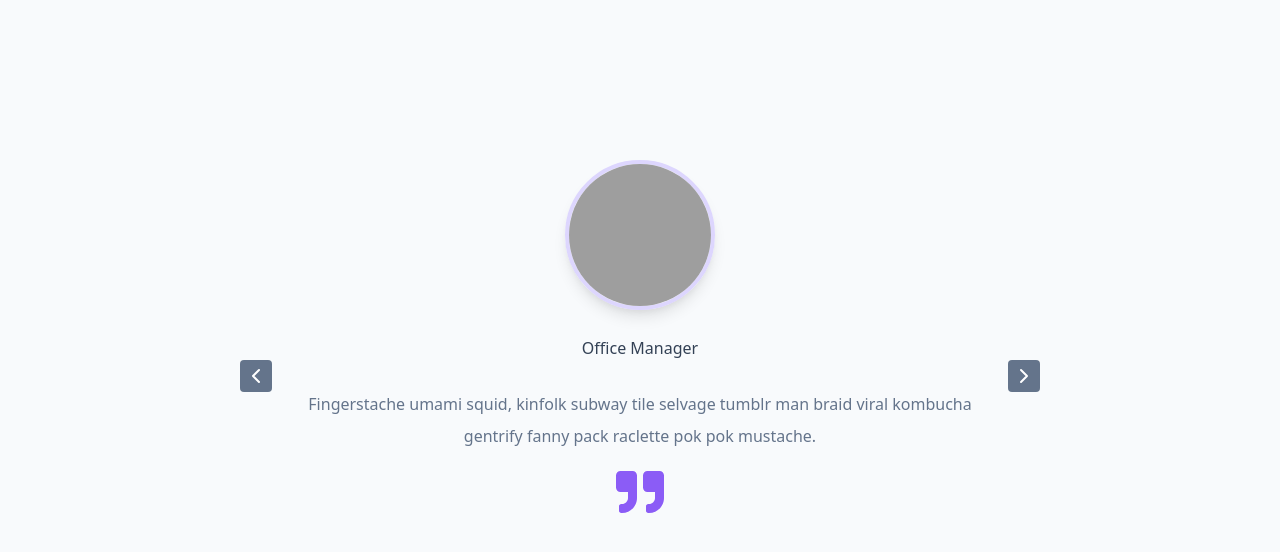
Repository: Maryie-B/React-Practice-Projects
Page: / (app in Slider/)
The author's editor kept a copy of each file at every save. The page is drawn from the files as they stood at one save, then again after the next save.
The browser window is 1280 px wide. The pictures show the whole page.
Pictures or frames that could not be fetched are drawn as grey boxes. The project was rebuilt for these pictures with package versions that can differ from the ones it lists, and the page was loaded fresh each time. Also part of the build but not shown: Slider/vite.config.js.

Above is the page before, as saved 2023-06-08 12:55:52.

### Slider/src/App.jsx
import Carousel from "./Carousel";



const App = () => {
  return (
    <main>
      <Carousel />
    </main>
  );
};
export default App;

### Slider/src/Carousel.jsx
import React, { useState } from 'react'
import {shortList, list, longList} from './data';
import { FaQuoteRight } from 'react-icons/fa';
import { FiChevronLeft, FiChevronRight } from 'react-icons/fi';


const Carousel = () => {
    const [people, setPeople] = useState(list);
    const [currentPerson, setCurrentPerson] = useState(1);

    const prevSlide = () => {};
    const nextSlide = () => {};

  return (
    <section className='slider-container' >
      {people.map((person, personIndex) => {
        const { id, image, title, quote } = person;
        return <article className="slide" style={{transform: `translateX(${100 * personIndex}%)`}} key={id} >
            <img src={image} alt={name} className='person-img'/>
            <h5 className="name">{name}</h5>
            <p className="title">{title}</p>
            <p className="text">{quote}</p>
            <FaQuoteRight className='icon' />
        </article>
      })}
      <button className="prev" type='button' onClick={prevSlide} >
        <FiChevronLeft />
      </button>
      <button className="next" type='button' onClick={nextSlide} >
        <FiChevronRight />
      </button>
    </section>
  )
}

export default Carousel

### Slider/src/data.js
export const shortList = [
  {
    id: 1,
    image:
      'https://res.cloudinary.com/diqqf3eq2/image/upload/v1595959131/person-2_ipcjws.jpg',
    name: 'maria ferguson',
    title: 'office manager',
    quote:
      'Fingerstache umami squid, kinfolk subway tile selvage tumblr man braid viral kombucha gentrify fanny pack raclette pok pok mustache.',
  },
];

export const list = [
  {
    id: 1,
    image:
      'https://res.cloudinary.com/diqqf3eq2/image/upload/v1595959131/person-2_ipcjws.jpg',
    name: 'maria ferguson',
    title: 'office manager',
    quote:
      'Fingerstache umami squid, kinfolk subway tile selvage tumblr man braid viral kombucha gentrify fanny pack raclette pok pok mustache.',
  },
  {
    id: 2,
    image:
      'https://res.cloudinary.com/diqqf3eq2/image/upload/v1586883417/person-3_ipa0mj.jpg',
    name: 'john doe',
    title: 'regular guy',
    quote:
      'Gastropub sustainable tousled prism occupy. Viral XOXO roof party brunch actually, chambray listicle microdosing put a bird on it paleo subway tile squid umami.',
  },
  {
    id: 3,
    image:
      'https://res.cloudinary.com/diqqf3eq2/image/upload/v1595959121/person-1_aufeoq.jpg',
    name: 'peter smith',
    title: 'product designer',
    quote:
      'Drinking vinegar polaroid street art echo park, actually semiotics next level butcher master cleanse hammock flexitarian ethical paleo.',
  },
  {
    id: 4,
    image:
      'https://res.cloudinary.com/diqqf3eq2/image/upload/v1586883334/person-1_rfzshl.jpg',
    name: 'susan andersen',
    title: 'the boss',
    quote:
      'Marfa af yr 3 wolf moon kogi, readymade distillery asymmetrical seitan kale chips fingerstache cloud bread mustache twee messenger bag. ',
  },
];

export const longList = [
  {
    id: 1,
    image:
      'https://res.cloudinary.com/diqqf3eq2/image/upload/v1595959131/person-2_ipcjws.jpg',
    name: 'maria ferguson',
    title: 'office manager',
    quote:
      'Fingerstache umami squid, kinfolk subway tile selvage tumblr man braid viral kombucha gentrify fanny pack raclette pok pok mustache.',
  },
  {
    id: 2,
    image:
      'https://res.cloudinary.com/diqqf3eq2/image/upload/v1586883417/person-3_ipa0mj.jpg',
    name: 'john doe',
    title: 'regular guy',
    quote:
      'Gastropub sustainable tousled prism occupy. Viral XOXO roof party brunch actually, chambray listicle microdosing put a bird on it paleo subway tile squid umami.',
  },
  {
    id: 3,
    image:
      'https://res.cloudinary.com/diqqf3eq2/image/upload/v1595959121/person-1_aufeoq.jpg',
    name: 'peter smith',
    title: 'product designer',
    quote:
      'Drinking vinegar polaroid street art echo park, actually semiotics next level butcher master cleanse hammock flexitarian ethical paleo.',
  },
  {
    id: 4,
    image:
      'https://res.cloudinary.com/diqqf3eq2/image/upload/v1586883334/person-1_rfzshl.jpg',
    name: 'susan andersen',
    title: 'the boss',
    quote:
      'Marfa af yr 3 wolf moon kogi, readymade distillery asymmetrical seitan kale chips fingerstache cloud bread mustache twee messenger bag. ',
  },
  {
    id: 5,
    image:
      'https://res.cloudinary.com/diqqf3eq2/image/upload/v1595959131/person-2_ipcjws.jpg',
    name: 'maria ferguson',
    title: 'office manager',
    quote:
      'Fingerstache umami squid, kinfolk subway tile selvage tumblr man braid viral kombucha gentrify fanny pack raclette pok pok mustache.',
  },
  {
    id: 6,
    image:
      'https://res.cloudinary.com/diqqf3eq2/image/upload/v1586883417/person-3_ipa0mj.jpg',
    name: 'john doe',
    title: 'regular guy',
    quote:
      'Gastropub sustainable tousled prism occupy. Viral XOXO roof party brunch actually, chambray listicle microdosing put a bird on it paleo subway tile squid umami.',
  },
  {
    id: 7,
    image:
      'https://res.cloudinary.com/diqqf3eq2/image/upload/v1595959121/person-1_aufeoq.jpg',
    name: 'peter smith',
    title: 'product designer',
    quote:
      'Drinking vinegar polaroid street art echo park, actually semiotics next level butcher master cleanse hammock flexitarian ethical paleo.',
  },
  {
    id: 8,
    image:
      'https://res.cloudinary.com/diqqf3eq2/image/upload/v1586883334/person-1_rfzshl.jpg',
    name: 'susan andersen',
    title: 'the boss',
    quote:
      'Marfa af yr 3 wolf moon kogi, readymade distillery asymmetrical seitan kale chips fingerstache cloud bread mustache twee messenger bag. ',
  },
];

Loaded but not shown: Slider/index.html (common file); Slider/src/main.jsx (common file); Slider/src/index.css (common file)

After the next save:
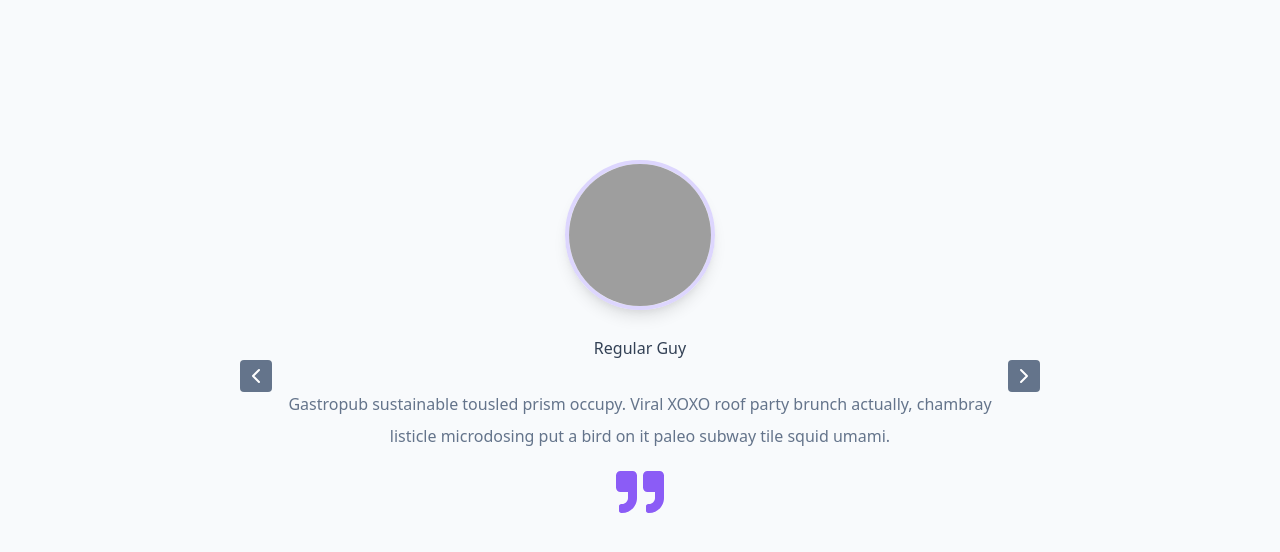
Saved 92 s later.
--- a/Slider/src/Carousel.jsx
+++ b/Slider/src/Carousel.jsx
@@ -15,7 +15,7 @@ const Carousel = () => {
     <section className='slider-container' >
       {people.map((person, personIndex) => {
         const { id, image, title, quote } = person;
-        return <article className="slide" style={{transform: `translateX(${100 * personIndex}%)`}} key={id} >
+        return <article className="slide" style={{transform: `translateX(${100 * (personIndex - currentPerson)}%)`}} key={id} >
             <img src={image} alt={name} className='person-img'/>
             <h5 className="name">{name}</h5>
             <p className="title">{title}</p>
